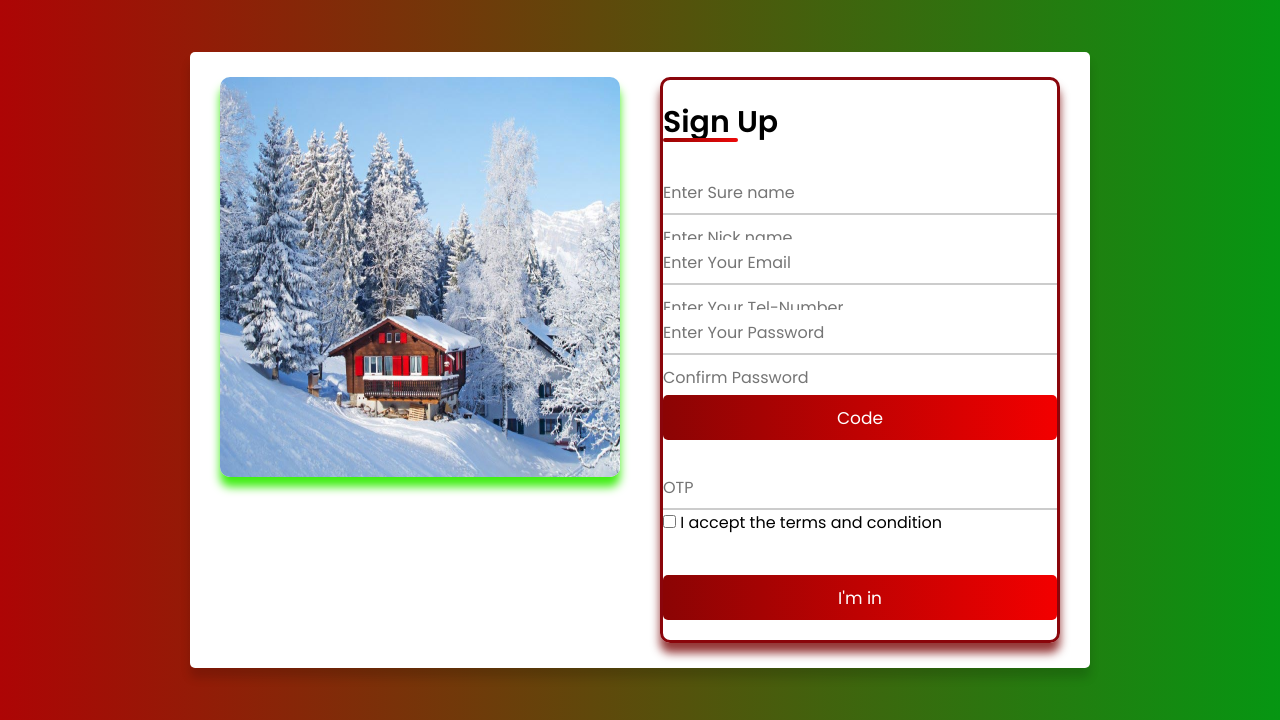
Repository: dev-ashik/Halloween
Page: Reg Page/Index.html
These files come from the project's save history. The page is drawn as it stood at one moment and after the next save; the edit follows.
The browser window is 1280 px wide. The pictures show the whole page.

Above is the page before, as saved 2021-12-21 22:18:03.

### Reg Page/Index.html
<!DOCTYPE html>
<html lang="en">

<head>
    <meta charset="UTF-8">
    <meta http-equiv="X-UA-Compatible" content="IE=edge">
    <meta name="viewport" content="width=device-width, initial-scale=1.0">
    <title>Regristration page</title>
    <link rel="stylesheet" href="CSS/main.css">
</head>

<body>
    <div class="con">
        <div class="bann">
            <img src="IMG/banner.jpg" alt="">
        </div>
        <div class="form">
            <form action="#">
                <div class="title">Sign Up</div>
                <div class="box">
                    <input type="text" placeholder="Enter Sure name" id="fn" required>
                    <br/><input type="text" placeholder="Enter Nick name" id="ln" required>
                    <div class="underline"></div>
                </div>
                <div class="box underline">
                    <input type="text" placeholder="Enter Your Email" id="mail" required><br/>
                    <input type="text" placeholder="Enter Your Tel-Number" id="number" required>
                    <div class="underline"></div>
                    <!--Email Field with velidation-->
                </div>
                <div class="box">
                    <input type="password" placeholder="Enter Your Password" id="pwd" required><br/>
                    <input type="password" placeholder="Confirm Password" id="pwd" required>
                    <div class="underline"></div>
                    <!--Password Field with velidation-->
                </div>
                <div class="box button">
                    <button onclick="vercod()" id="vc">Code</button>
                    <!--Code form-->
                </div>
                <div class="box">
                    <input type="text" placeholder="OTP" id="otp" required>
                    <div class="underline"></div>
                    <!--Security Code with velidation-->
                </div>
                <div class="Agreement">
                    <input type="checkbox" id="cb" value="Agree">
                    <label for="Agree">I accept the terms and condition</label>
                    <!--Agreement box-->
                </div>
                <div class="box button">
                    <button onclick="sub()">I'm in</button>
                </div>
            </form>
        </div>
    </div>
</body>
<script src="JS/main.js"></script>

</html>

### Reg Page/CSS/main.css
@import url('https://fonts.googleapis.com/css2?family=Poppins:wght@200;300;400;500;600;700&display=swap');
@import url('https://fonts.googleapis.com/css2?family=Poppins:wght@200;300;400;500;600;700&display=swap');
* {
    margin: 0;
    padding: 0;
    box-sizing: border-box;
    font-family: 'Poppins', sans-serif;
}

html,
body {
    display: grid;
    height: 100vh;
    width: 100%;
    place-items: center;
    background: linear-gradient(to right, #ad0505 0%, #069612 100%);
}

 ::selection {
    background: #ff80bf;
}

.con {
    background: #fff;
    max-width: 900px;
    width: 100%;
    padding: 25px 30px;
    border-radius: 5px;
    box-shadow: 0 10px 10px rgba(0, 0, 0, 0.15);
}

.con .bann img {
    float: left;
    width: 400px;
    height: 400px;
    border-radius: 10px;
    box-shadow: 0 10px 10px #40ee14;
}

.con .form {
    float: right;
    border: 3px solid rgb(138, 5, 11);
    border-radius: 10px;
    max-width: 400px;
    width: 100%;
    box-shadow: 0 10px 10px rgba(121, 4, 4, 0.795);
}

.con .form form .title {
    font-size: 30px;
    font-weight: 600;
    margin: 20px 0 10px 0;
    position: relative;
}

.con .form form .title:before {
    content: '';
    position: absolute;
    height: 4px;
    width: 75px;
    left: 0px;
    bottom: 3px;
    border-radius: 5px;
    background: linear-gradient(to right, #960404 0%, #eb0909 100%);
}

.con .form form .box {
    width: 100%;
    height: 45px;
    margin-top: 25px;
    position: relative;
}

.con .form form .box input {
    width: 100%;
    height: 100%;
    outline: none;
    font-size: 16px;
    border: none;
}

.con .form form .underline::before {
    content: '';
    position: absolute;
    height: 2px;
    width: 100%;
    background: #ccc;
    left: 0;
    bottom: 0;
}

.con .form form .underline::after {
    content: '';
    position: absolute;
    height: 2px;
    width: 100%;
    background: linear-gradient(to right, rgb(136, 2, 2) 0%, #f10404 100%);
    left: 0;
    bottom: 0;
    transform: scaleX(0);
    transform-origin: left;
    transition: all 0.3s ease;
}

.con .form form .box input:focus~.underline::after,
.con .form form .box input:valid~.underline::after {
    transform: scaleX(1);
    transform-origin: left;
}

.con .form form .button {
    margin: 40px 0 20px 0;
}

.con .form .box button {
    width: 100%;
    height: 100%;
    outline: none;
    font-size: 16px;
    border: none;
    background: linear-gradient(to right, #8b0404 0%, #f30000 100%);
    font-size: 17px;
    color: #fff;
    border-radius: 5px;
    cursor: pointer;
    transition: all 0.3s ease;
}

.con .form .box button:hover {
    letter-spacing: 1px;
    background: linear-gradient(to left, #8a0404 0%, #fc0707 100%);
}

footer {
    text-align: center;
    font-size: 30px;
    color: greenyellow;
}

footer:hover {
    color: greenyellow;
    text-shadow: 1px 1px 2px black, 0 0 25px rgb(11, 247, 3), 0 0 5px rgb(10, 255, 1);
}

Loaded but not shown: Reg Page/JS/main.js (no stored copy; drawn as an empty file)

After the next save:
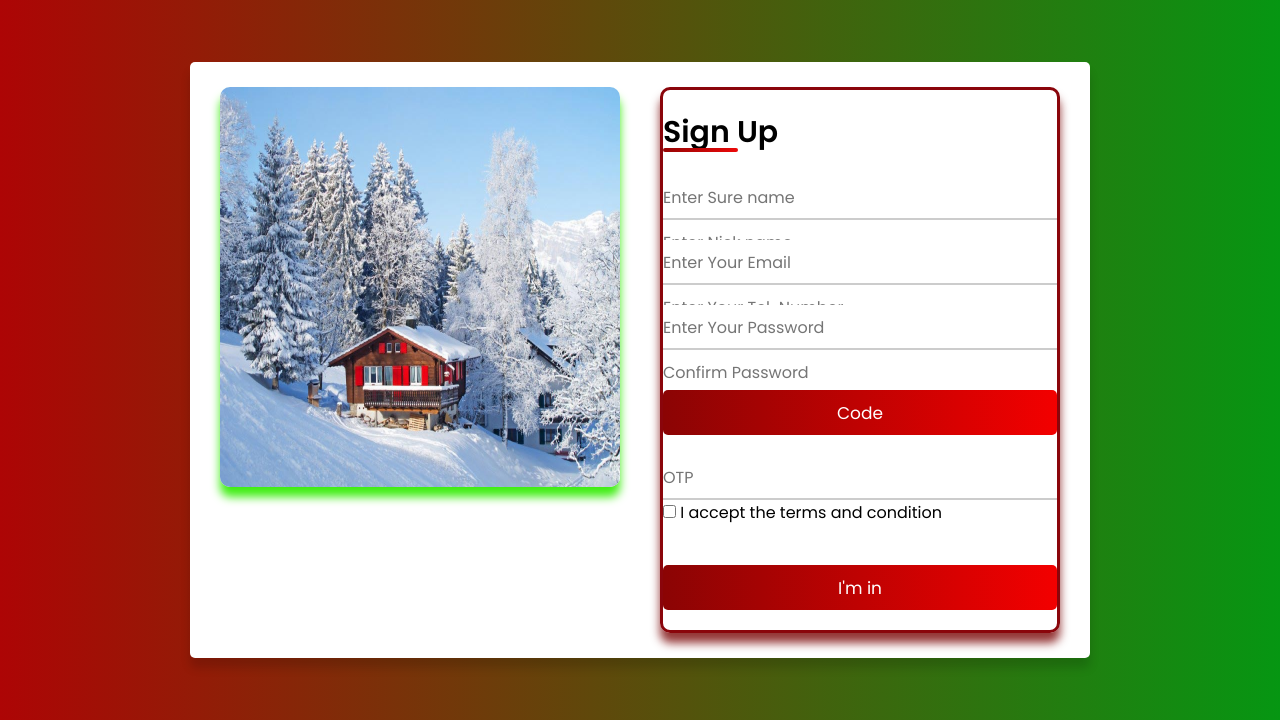
Saved 18 s later.
--- a/Reg Page/CSS/main.css
+++ b/Reg Page/CSS/main.css
@@ -67,7 +67,7 @@ body {
 .con .form form .box {
     width: 100%;
     height: 45px;
-    margin-top: 25px;
+    margin-top: 20px;
     position: relative;
 }
 
